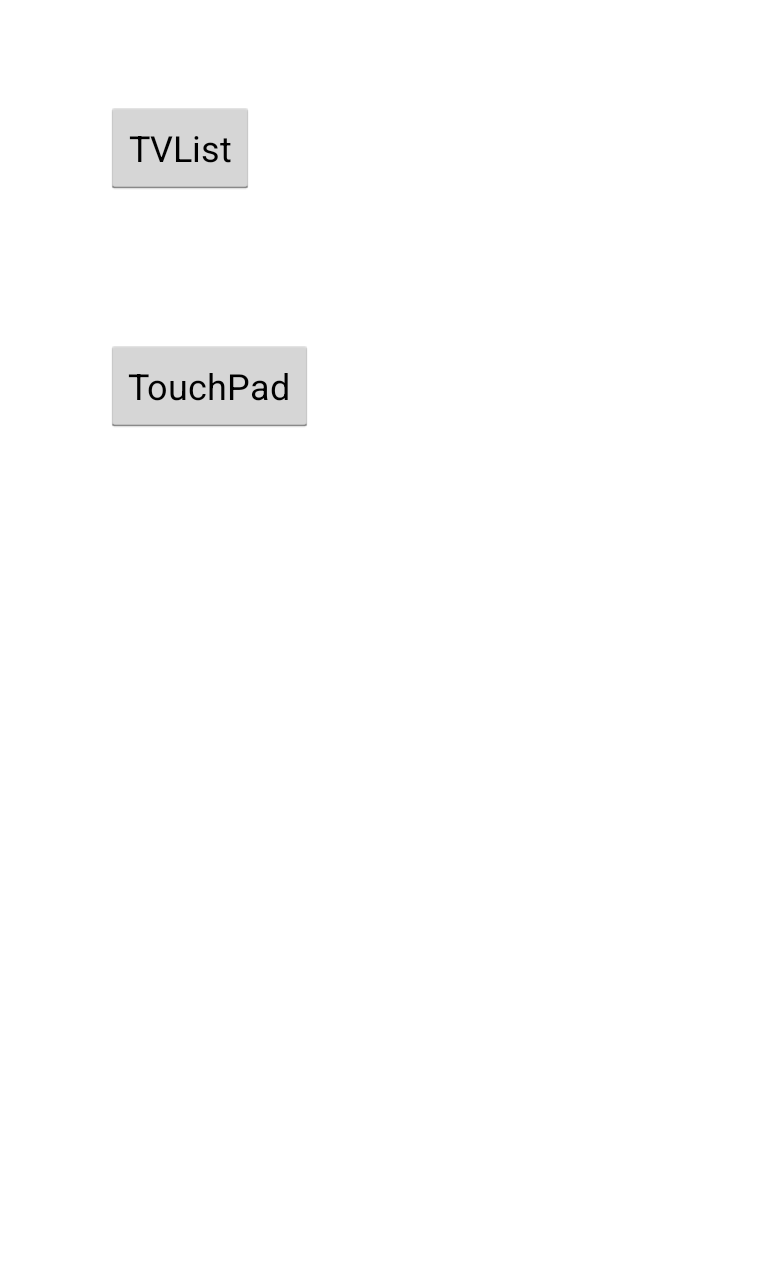
Repository: corestick/Beemote-Controler
Layout: Beemote-Controller/res/layout/activity_beemote.xml
These files come from the project's save history. The layout is drawn as it stood at one moment and after the next save; the edit follows.
It is drawn on a 768 x 1280 px phone screen (xhdpi) without system bars, with theme AppTheme; the app's code is not run.

Above is the layout before, as saved 2013-09-04 05:20:13.

After the next save:
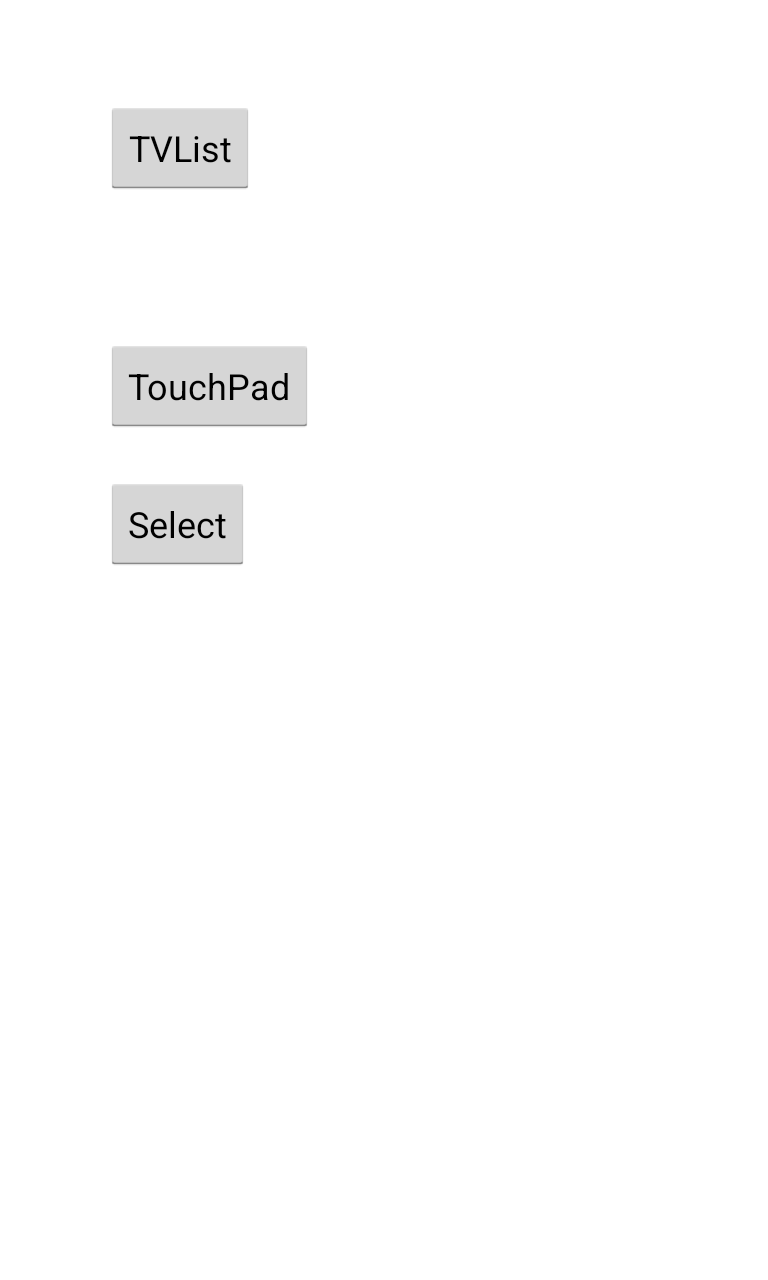
Saved 49 s later.
--- a/Beemote-Controller/res/layout/activity_beemote.xml
+++ b/Beemote-Controller/res/layout/activity_beemote.xml
@@ -27,4 +27,13 @@
         android:layout_marginTop="71dp"
         android:text="TouchPad" />
 
+    <Button
+        android:id="@+id/btnSelect"
+        android:layout_width="wrap_content"
+        android:layout_height="wrap_content"
+        android:layout_alignLeft="@+id/btnTouchPad"
+        android:layout_below="@+id/btnTouchPad"
+        android:layout_marginTop="21dp"
+        android:text="Select" />
+
 </RelativeLayout>
